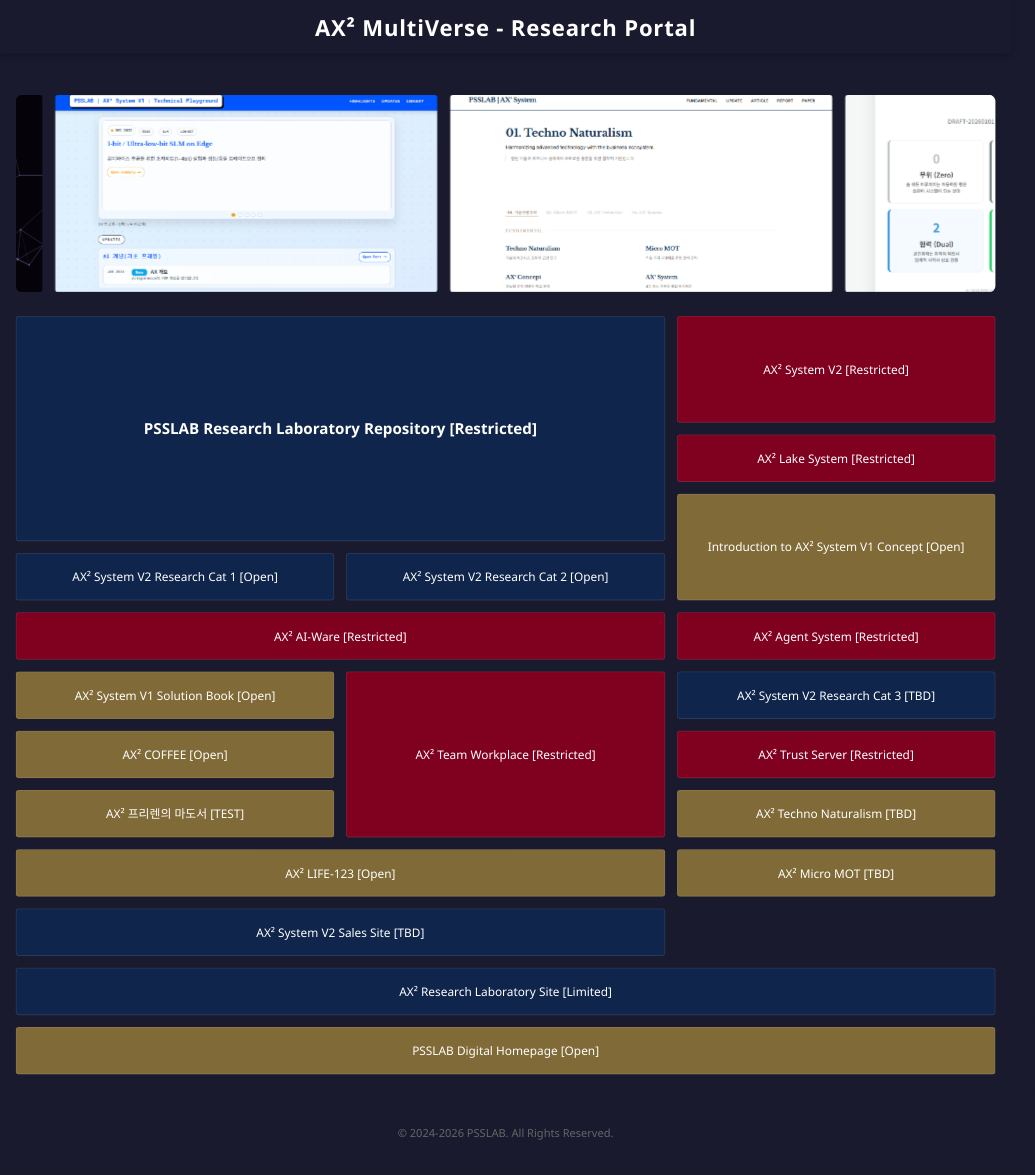
Repository: hycse89/PSSLAB_OpenSite
Page: psslab_multiverse_v3.html
These files come from the project's save history. The page is drawn as it stood at one moment and after the next save; the edit follows.
The browser window is 1280 px wide. The page is 1310 px wide, so the pictures cover 1310 px, including what lies to the right of the window. The pictures show the whole page, at 79% of full size.

Above is the page before, as saved 2026-01-11 21:19:41.

### psslab_multiverse_v3.html
<!DOCTYPE html>
<html lang="en">
<head>
    <meta charset="UTF-8">
    <meta name="viewport" content="width=device-width, initial-scale=1.0">
    <title>PSSLAB MultiVerse Campus - Mondrian Edition</title>

    <link rel="icon" type="image/png" href="favicon.png">

    <style>
        /* General Page Styles */
        body {
            margin: 0;
            background-color: #1a1a2e;
            font-family: 'Segoe UI', Arial, sans-serif;
            display: flex;
            flex-direction: column;
            align-items: center;
            min-height: 100vh;
            color: #ffffff;
        }

        /* Fixed Header */
        .header {
            position: fixed;
            top: 0;
            left: 0;
            width: 100%;
            background-color: #1a1a2e;
            color: #ffffff;
            z-index: 1000;
            padding: 15px 0;
            box-shadow: 0 2px 10px rgba(0,0,0,0.3);
        }

        .header h1 {
            font-size: 28px;
            margin: 0;
            text-align: center;
            letter-spacing: 1px;
        }

        /* Main content container */
        .main-content {
            margin-top: 100px;
            width: 100%;
            max-width: 1400px;
            display: flex;
            flex-direction: column;
            align-items: center;
            padding: 20px;
            box-sizing: border-box;
        }

        /* Image Slider Container */
        .slider-container {
            width: 100%;
            overflow: hidden;
            margin-bottom: 30px;
            border-radius: 8px;
        }

        .slider-wrapper {
            display: flex;
            width: calc(500px * 13);
            animation: scroll 60s linear infinite;
        }

        .slider-image {
            width: 500px;
            height: 250px;
            flex-shrink: 0;
            padding: 0 8px;
            box-sizing: border-box;
        }

        .slider-image img {
            width: 100%;
            height: 100%;
            object-fit: cover;
            border-radius: 4px;
        }

        @keyframes scroll {
            0% { transform: translateX(0); }
            100% { transform: translateX(calc(-500px * 11)); }
        }

        /* --- Mondrian Grid Layout System --- */
        .link-container {
            display: grid;
            /* 최소 너비 350px 확보 */
            grid-template-columns: repeat(auto-fill, minmax(350px, 1fr));
            /* 60px 단위의 눈금 설정 */
            grid-auto-rows: 60px;
            gap: 15px;
            width: 100%;
            /* 빈 공간을 최적으로 메워주는 설정 */
            grid-auto-flow: dense;
        }

        /* Link Button Base Style */
        .link-button {
            display: flex;
            align-items: center;
            justify-content: center;
            padding: 20px;
            font-size: 15px;
            color: white;
            text-decoration: none;
            border-radius: 4px;
            transition: all 0.3s cubic-bezier(0.25, 0.8, 0.25, 1);
            text-align: center;
            box-sizing: border-box;
            line-height: 1.4;
            border: 1px solid rgba(255,255,255,0.1);
        }

        .link-button:hover {
            transform: scale(1.01);
            filter: brightness(1.2);
            box-shadow: 0 5px 15px rgba(0,0,0,0.3);
            z-index: 2;
        }

        /* --- Mondrian Size Classes (Proportional) --- */
        /* 가로 비중 */
        .w-1 { grid-column: span 1; }
        .w-2 { grid-column: span 2; }
        .w-3 { grid-column: span 3; }

        /* 세로 비중 (60px의 배수) */
        .h-1 { grid-row: span 1; } /* 120px + gap */
        .h-2 { grid-row: span 2; } /* 240px + gap */
        .h-3 { grid-row: span 3; } /* 360px + gap */

        /* 특수 크기: 제목 강조형 */
        .size-hero { grid-column: span 2; grid-row: span 4; font-size: 1.2rem; font-weight: bold; }

        /* Button Colors */
        .color-1 { background-color: #0F254B; }
        .color-2 { background-color: #800020; }
        .color-3 { background-color: #806a37; }
        .color-4 { background-color: #ffffff; }
        .color-5 { background-color: #888888; }

        footer {
            width: 100%;
            padding: 30px;
            text-align: center;
            background-color: #1a1a2e;
            color: #666;
            font-size: 14px;
        }

        /* Responsive */
        @media (max-width: 768px) {
            .link-container { grid-template-columns: 1fr; }
            .w-2, .h-2, .h-3, .size-hero { grid-column: span 1; grid-row: span 2; }
        }
    </style>
</head>
<body>

    <header class="header">
        <h1>AX² MultiVerse - Research Portal</h1>
    </header>

    <main class="main-content">
        <div class="slider-container">
            <div class="slider-wrapper">
                <div class="slider-image"><img src="./images/Image2.png" alt="2"></div>
                <div class="slider-image"><img src="./images/Image21.png" alt="21"></div>
                <div class="slider-image"><img src="./images/Image22.png" alt="22"></div>
                <div class="slider-image"><img src="./images/Image31.png" alt="31"></div>
                <div class="slider-image"><img src="./images/Image32.png" alt="32"></div>
                <div class="slider-image"><img src="./images/Image11.png" alt="11"></div>
                <div class="slider-image"><img src="./images/Image3.png" alt="3"></div>
                <div class="slider-image"><img src="./images/Image4.png" alt="4"></div>
                <div class="slider-image"><img src="./images/Image5.png" alt="5"></div>
                <div class="slider-image"><img src="./images/Image1.png" alt="1"></div>
                <div class="slider-image"><img src="./images/Image2.png" alt="2"></div>
            </div>
        </div>

        <div class="link-container">
            <a href="https://github.com/hycse89" class="link-button color-1 size-hero">PSSLAB Research Laboratory Repository [Restricted]</a>

            <a href="http://localhost:8008" class="link-button color-2 h-2">AX² System V2 [Restricted]</a>

            <a href="http://localhost:8004" class="link-button color-2 h-1">AX² Lake System [Restricted]</a>

            <a href="ax2_v1_concept/ax2_homepage.html" class="link-button color-3 h-2">Introduction to AX² System V1 Concept [Open]</a>

            <a href="ax2_v1_20260101/index.html" class="link-button color-1 h-1">AX² System V2 Research Cat 1 [Open]</a>

            <a href="http://localhost:8002" class="link-button color-2 w-2 h-1">AX² AI-Ware [Restricted]</a>

            <a href="ax2_v2_20260101/index.html" class="link-button color-1 h-1">AX² System V2 Research Cat 2 [Open]</a>

            <a href="http://localhost:8003" class="link-button color-2 h-1">AX² Agent System [Restricted]</a>

            <a href="ax2_v1_concept/solution_book/index.html" class="link-button color-3 h-1">AX² System V1 Solution Book [Open]</a>

            <a href="http://localhost:8007" class="link-button color-2 h-3">AX² Team Workplace [Restricted]</a>

            <a href="http://localhost:8001/ax_site/ax2_life_123/index.html" class="link-button color-3 w-2 h-1">AX² LIFE-123 [Open]</a>

            <a href="ax2_v3_20260101/index.html" class="link-button color-1 h-1">AX² System V2 Research Cat 3 [TBD]</a>

            <a href="http://localhost:8001/ax_site/ax2_coffee/index.html" class="link-button color-3 h-1">AX² COFFEE [Open]</a>

            <a href="http://localhost:8005" class="link-button color-2 h-1">AX² Trust Server [Restricted]</a>

            <a href="ax2_sales/index.html" class="link-button color-1 w-2 h-1">AX² System V2 Sales Site [TBD]</a>

            <a href="http://localhost:8001/ax_site/ax2_frieren/index.html" class="link-button color-3 h-1">AX² 프리렌의 마도서 [TEST]</a>

            <a href="http://localhost:8001/utils/markdown_viewer.html?file=/ax_research/doc/doc_ax_techno_naturalism_v5.md" class="link-button color-3 h-1">AX² Techno Naturalism [TBD]</a>

            <a href="http://localhost:8001/utils/markdown_viewer.html?file=/ax_research/doc/doc_ax_micro_mot_v2.md" class="link-button color-3 h-1">AX² Micro MOT [TBD]</a>

            <a href="https://hycse89.github.io/PSSLAB_OpenSite/ax2_research_lab/" class="link-button color-1 w-3 h-1">AX² Research Laboratory Site [Limited]</a>

            <a href="http://www.psslab.co.kr" class="link-button color-3 w-3 h-1">PSSLAB Digital Homepage [Open]</a>
        </div>
    </main>

    <footer>
        <p>&copy; 2024-2026 PSSLAB. All Rights Reserved.</p>
    </footer>

</body>
</html>

After the next save:
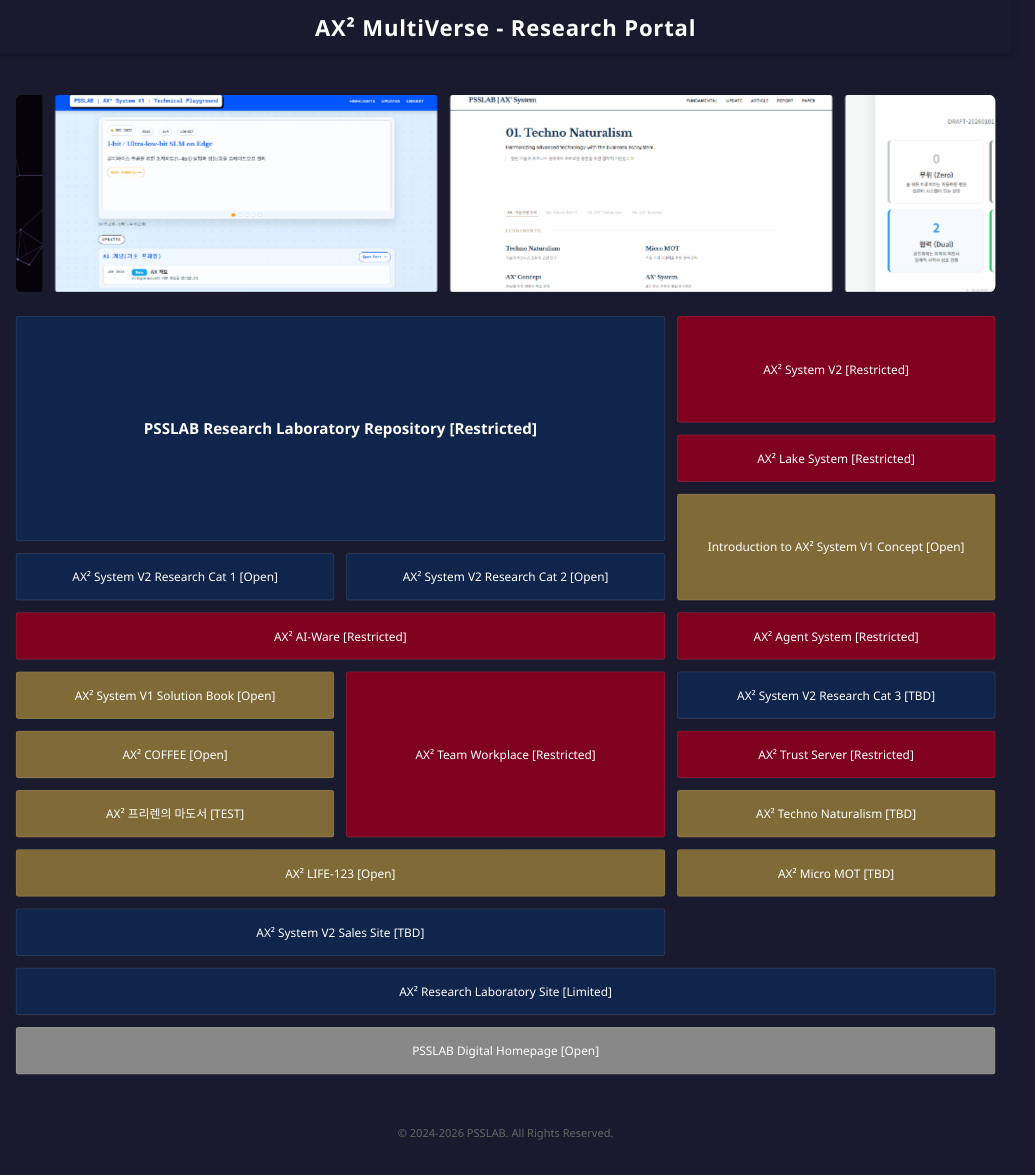
Saved 30 s later.
--- a/psslab_multiverse_v3.html
+++ b/psslab_multiverse_v3.html
@@ -222,7 +222,7 @@
 
             <a href="https://hycse89.github.io/PSSLAB_OpenSite/ax2_research_lab/" class="link-button color-1 w-3 h-1">AX² Research Laboratory Site [Limited]</a>
 
-            <a href="http://www.psslab.co.kr" class="link-button color-3 w-3 h-1">PSSLAB Digital Homepage [Open]</a>
+            <a href="http://www.psslab.co.kr" class="link-button color-5 w-3 h-1">PSSLAB Digital Homepage [Open]</a>
         </div>
     </main>
 
